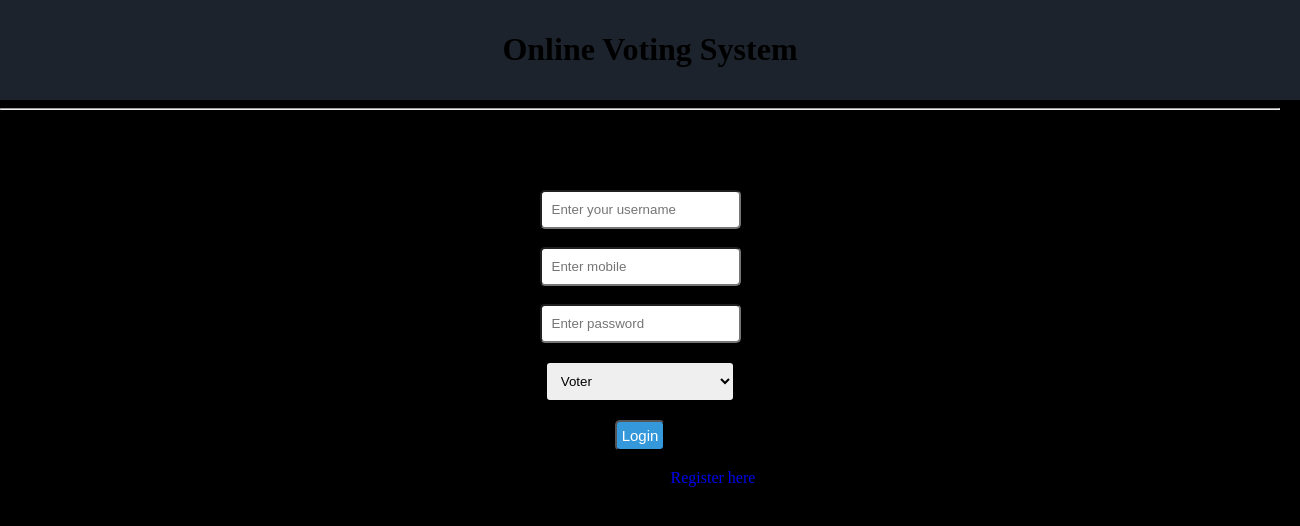
Repository: LeLoUcH-V-BrItAnIa/voting
Page: http://localhost/
These files come from the project's save history. The page is drawn as it stood at one moment and after the next save; the edit follows.
The browser window is 1280 px wide. The page is 1300 px wide, so the pictures cover 1300 px, including what lies to the right of the window. The pictures show the whole page.
The page is run by PHP 8.4 with error messages shown; the project is at /var/www/html/.

Above is the page before, as saved 2023-08-31 11:58:54.

After the next save:
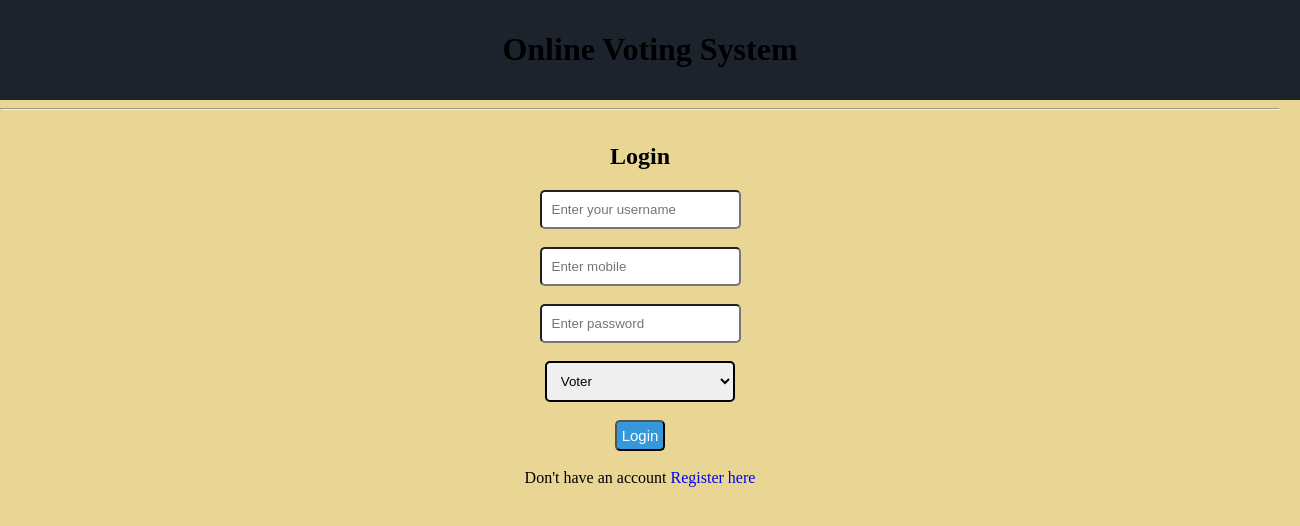
Saved 18 s later.
--- a/online-voting-system/css/stylesheet.css
+++ b/online-voting-system/css/stylesheet.css
@@ -32,7 +32,7 @@
 }
 
 body {
-  background-color: #000000;
+  background-color: #e9d694;
 }
 
 #loginbtn {

After the save that followed:
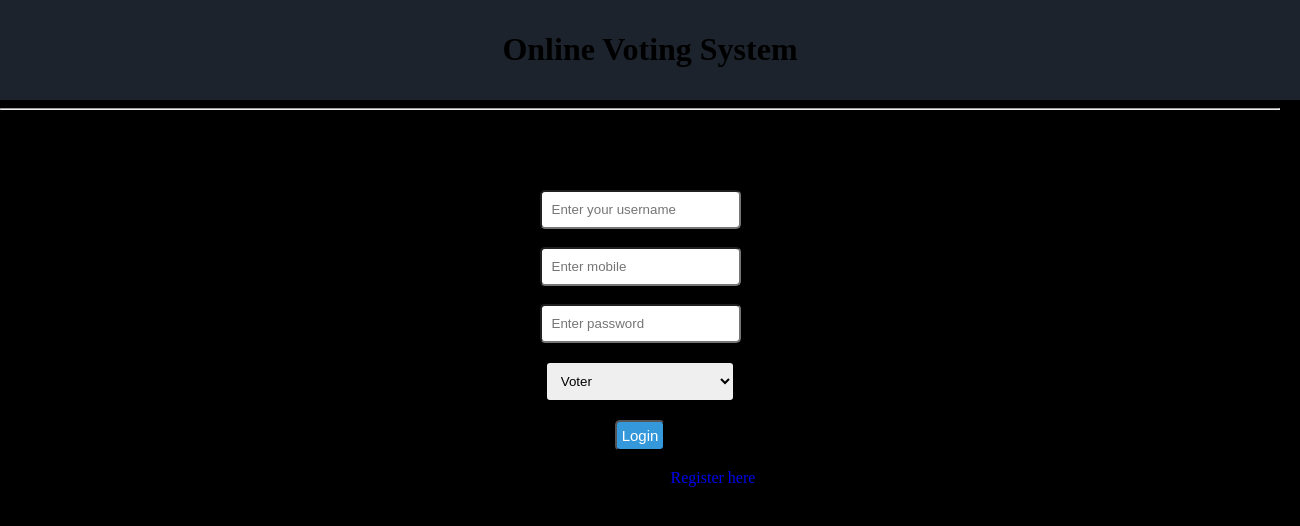
Saved 8 s later.
--- a/online-voting-system/css/stylesheet.css
+++ b/online-voting-system/css/stylesheet.css
@@ -32,7 +32,7 @@
 }
 
 body {
-  background-color: #e9d694;
+  background-color: #000000;
 }
 
 #loginbtn {
